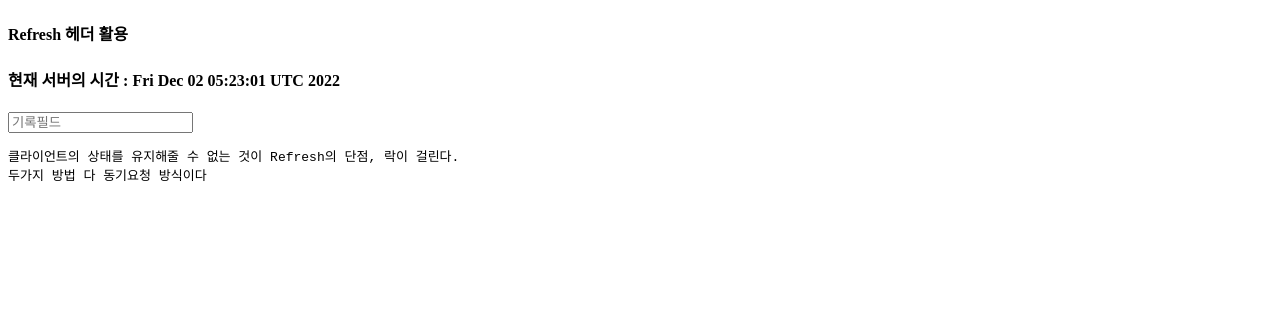
Repository: YOUNARAE/JSP
Page: http://localhost/WebStudy01/05/autoRequest.jsp
An editor plug-in stored every save of this project. The page is shown before and after the next save, followed by the edit.
The browser window is 1280 px wide. The pictures show the whole page.
The page is served by Tomcat 9.

Above is the page before, as saved 2022-12-13 07:36:46.

After the next save:
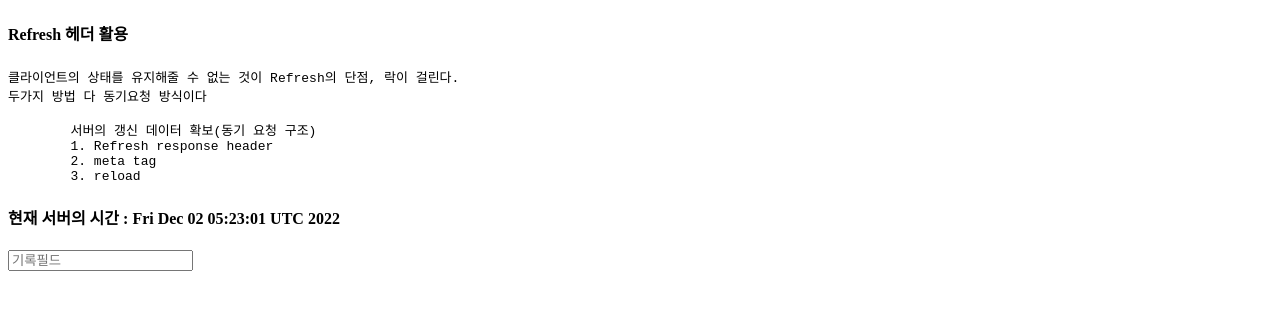
Saved 46 s later.
--- a/WebStudy01/src/main/webapp/05/autoRequest.jsp
+++ b/WebStudy01/src/main/webapp/05/autoRequest.jsp
@@ -13,10 +13,17 @@
 <%--
 	response.setIntHeader("Refresh", 1);
 --%>
+<pre>클라이언트의 상태를 유지해줄 수 없는 것이 Refresh의 단점, 락이 걸린다.
+두가지 방법 다 동기요청 방식이다
+
+	서버의 갱신 데이터 확보(동기 요청 구조)
+	1. Refresh response header
+	2. meta tag
+	3. reload
+</pre>
 <h4>현재 서버의 시간 : <span><%=new Date()%></span></h4>
 <input type="text" placeholder="기록필드"/>
-<pre>클라이언트의 상태를 유지해줄 수 없는 것이 Refresh의 단점, 락이 걸린다.
-두가지 방법 다 동기요청 방식이다</pre>
+
 <script>
 // 	setTimeout(() => {
 // 		location.reload();
